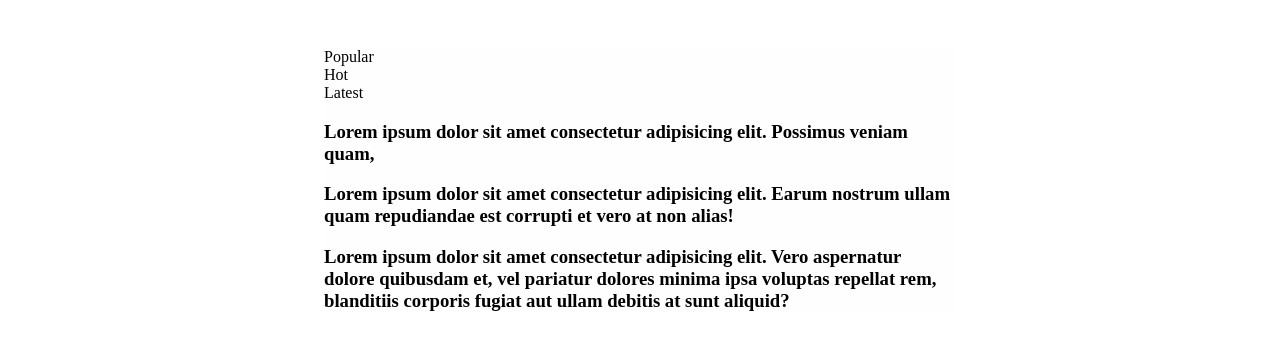
Repository: tungts3qb/Javascript
Page: tab.html
These files come from the project's save history. The page is drawn as it stood at one moment and after the next save; the edit follows.
The browser window is 1280 px wide. The pictures show the whole page.

Above is the page before, as saved 2022-12-25 00:48:31.

After the next save:
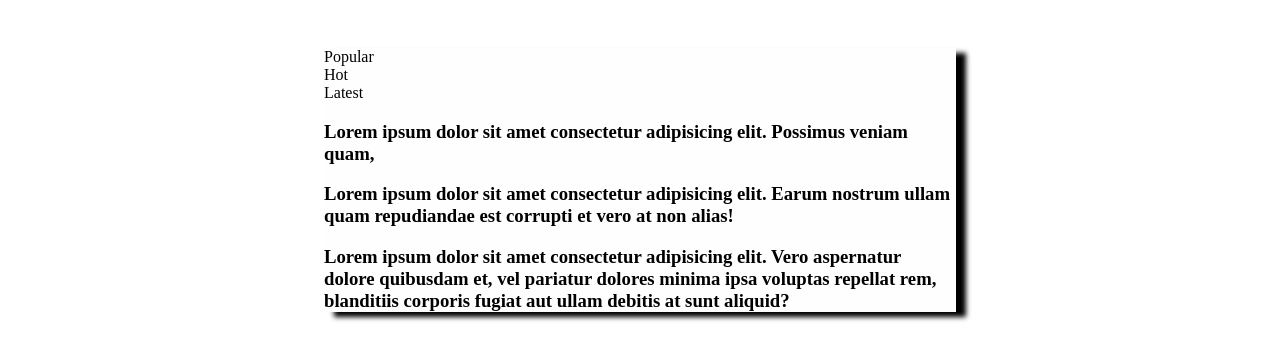
Saved 55 s later.
--- a/style.css
+++ b/style.css
@@ -69,4 +69,5 @@
   margin: 3rem auto;
   width: 50%;
   background-color: #fefefe;
+  box-shadow: 10px 5px 5px black;
 }

After the save that followed:
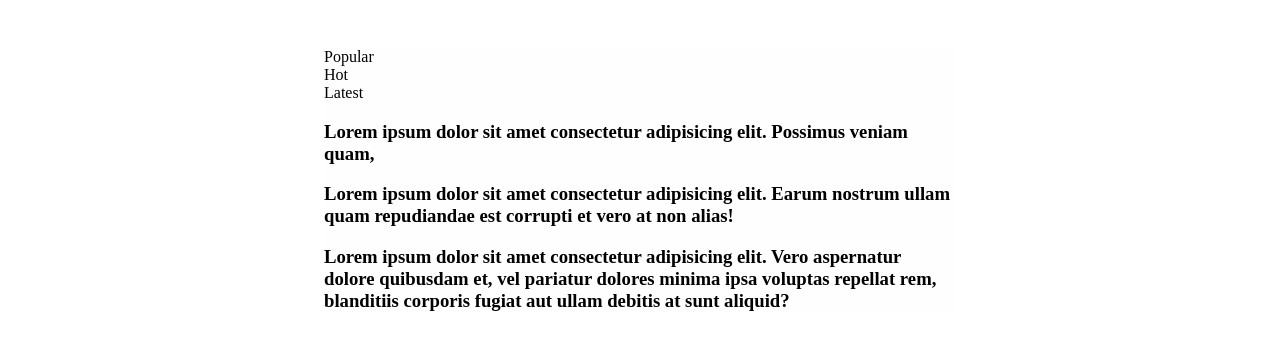
Saved 30 s later.
--- a/style.css
+++ b/style.css
@@ -69,5 +69,5 @@
   margin: 3rem auto;
   width: 50%;
   background-color: #fefefe;
-  box-shadow: 10px 5px 5px black;
+  box-shadow: box-shadow: rgba(100, 100, 111, 0.2) 0px 7px 29px 0px;;
 }
